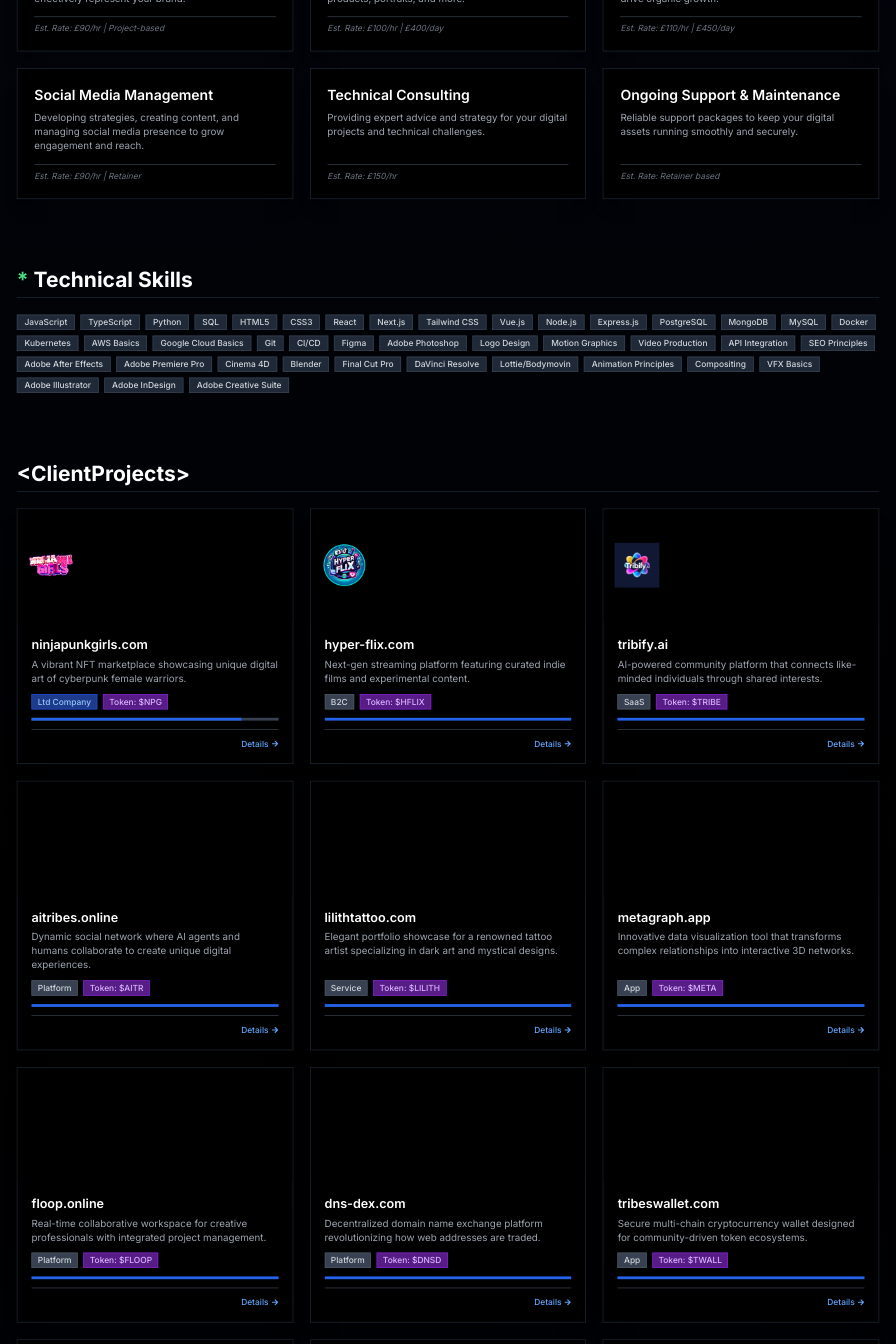
Repository: b0ase/rafskitchen
Page: /
The author's editor kept a copy of each file at every save. The page is drawn from the files as they stood at one save, then again after the next save.
The browser window is 1280 px wide. The pictures show the part of the page from y = 1058 to 2978 px (the page is 4817 px tall), at 70% of full size.
The project was rebuilt for these pictures with package versions that can differ from the ones it lists, and the page was loaded fresh each time. The framework's server and built-in components were replaced by stand-ins that run in the browser. Also part of the build but not shown: next.config.js.

Above is the page before, as saved 2025-05-02 14:44:09.

### app/layout.tsx
import type { Metadata } from "next";
// Import both Inter and Fira_Code
import { Inter, Fira_Code } from "next/font/google";
import "./globals.css";
import Header from "./components/Header";
import Footer from "./components/Footer";
// Import new nav components
import ServicesNavigation from "./components/ServicesNavigation";
// Import ThemeProvider
import { ThemeProvider } from "./context/ThemeContext";

// Configure Inter (for default body text)
const inter = Inter({
  subsets: ["latin"],
  display: 'swap',
  variable: '--font-inter', // Variable for Inter
});

// Configure Fira_Code (for specific elements)
const fira_code = Fira_Code({
  subsets: ["latin"],
  display: 'swap',
  variable: '--font-fira-code', // Variable for Fira Code
});

export const metadata: Metadata = {
  title: "B0ASE.COM | Digital Agency",
  description: "B0ASE.COM - Digital Agency specializing in Web Development, Blockchain, Content, Video, and Social Media.",
};

export default function RootLayout({
  children,
}: {
  children: React.ReactNode;
}) {
  return (
    <html lang="en" suppressHydrationWarning className={`${inter.variable} ${fira_code.variable}`}>
      <head>
        <script
          dangerouslySetInnerHTML={{
            __html: `
              (function() {
                function getInitialTheme() {
                  try {
                    const storedTheme = window.localStorage.getItem('theme');
                    if (storedTheme) return storedTheme;
                    return window.matchMedia('(prefers-color-scheme: dark)').matches ? 'dark' : 'light';
                  } catch (e) {
                    // If localStorage is unavailable (e.g., cookies disabled or SSR)
                    return 'light'; // Default to light theme
                  }
                }
                const theme = getInitialTheme();
                if (theme === 'dark') {
                  document.documentElement.classList.add('dark');
                }
              })();
            `,
          }}
        />
        {/* Other head elements like meta tags will be injected by Next.js here */}
      </head>
      {/* Apply default font (Inter) via font-sans class */}
      <body className={`font-sans`}>
        <ThemeProvider>
          {/* Header and Footer MUST be outside ThemeProvider or siblings to {children} to wrap content */}
          <Header />
          <ServicesNavigation />
          <div className="flex flex-col min-h-screen"> {/* Optional wrapper for main content flex */}
            <main className="flex-grow">
              {children}
            </main>
          </div>
          <Footer />
        </ThemeProvider>
      </body>
    </html>
  );
}

### app/globals.css
@tailwind base;
@tailwind components;
@tailwind utilities;

body {
  /* Base light theme styles */
  @apply bg-white text-gray-900;
}

/* Define dark mode styles using the 'dark' class applied by ThemeContext */
html.dark body {
   @apply bg-gradient-to-b from-gray-950 via-black to-gray-950 text-gray-300;
}

@layer utilities {
  .text-balance {
    text-wrap: balance;
  }
}

### app/components/Footer.tsx
'use client';

import React from 'react';

export default function Footer() {
  const currentYear = new Date().getFullYear();

  return (
    <footer className="bg-gray-950 border-t border-gray-800 mt-16 py-6">
      <div className="container mx-auto px-4 text-center text-gray-500 text-sm">
        <p>&copy; {currentYear} b0ase.com. All rights reserved.</p>
        {/* Optional: Add links to privacy policy, terms, etc. */}
      </div>
    </footer>
  );
}

### app/components/ProjectCardImage.tsx
'use client';

import React from 'react';
import Image from 'next/image';

interface ProjectCardImageProps {
  imageUrls: string[];
  alt: string;
}

const ProjectCardImage: React.FC<ProjectCardImageProps> = ({
  imageUrls,
  alt,
}) => {
  // Handle cases with no images
  if (!imageUrls || imageUrls.length === 0) {
    // Return null or a minimal placeholder, parent div now handles background
    return null;
  }

  // Always use the first image
  const imageUrl = imageUrls[0];

  return (
    <Image
      src={imageUrl}
      alt={alt}
      width={64}
      height={64}
      className="object-contain"
      priority
    />
  );
};

export default ProjectCardImage;

### lib/data.ts
import { Url } from "url";

// Helper function to create project stubs
const createProjectStub = (id: number, title: string, description: string, status?: string, tech?: string[], tokenName?: string, tokenProgressPercent?: number, cardImageUrls?: string[], xUrl?: string, githubUrl?: string, notionUrl?: string) => {
  // Ensure title is treated as a string for slug generation
  const safeTitle = (title || '');
  const slug = safeTitle.toLowerCase().replace(/\s+/g, '-') // Replace spaces with hyphens
                       .replace(/[^a-z0-9\-]/g, '') // Remove invalid chars
                       .replace(/\.+/g, '-'); // Replace periods with hyphens specifically for domain-like titles

  const defaultStatus = status || 'Concept';
  const defaultTech = tech || [];
  const defaultTokenName = tokenName || '';
  const defaultTokenProgress = tokenProgressPercent || 0;
  const defaultCardImageUrls = cardImageUrls || []; // Default to empty array

  return {
    id,
    title,
    slug, // Add generated slug
    description,
    tech: defaultTech,
    githubUrl: githubUrl || `https://github.com/b0ase/${slug}`, // Use slug for default URLs too?
    xUrl: xUrl || `https://x.com/${slug}`,
    notionUrl: notionUrl || '#',
    tokenName: defaultTokenName,
    tokenProgressPercent: defaultTokenProgress,
    status: defaultStatus,
    type: 'domain', // Default type, can be overridden
    cardImageUrls: defaultCardImageUrls // Use the new array field
  };
};

// Define the structure for a Service
export interface Service {
  id: number;
  slug: string;
  title: string;
  description: string;
  detailedDescription: string;
  priceInfo?: string;
}

// Define the structure for a Project
export interface Project {
  id: number;
  title: string;
  slug: string;
  description: string;
  tech: string[];
  githubUrl?: string;
  xUrl?: string;
  notionUrl?: string;
  tokenName?: string;
  tokenProgressPercent?: number;
  status: string;
  type: 'domain' | 'github';
  cardImageUrls?: string[]; // Changed from imageUrl to cardImageUrls
  tokenMarketUrl?: string; // Added for specific projects
  tokenPlatform?: string; // Added for specific projects
}

export interface SkillsData {
    technical: string[];
    // soft?: string[]; // Optional: Add other skill categories if needed
}

export interface PortfolioData {
    about: {
        name: string;
        tagline: string;
        bio: string;
        socials: {
            github: string;
            linkedin: string;
            x: string;
            youtube: string;
            fiverr: string;
            upwork: string;
            freelancer: string;
        };
        token: {
            name: string;
            ticker: string;
            description: string;
            platform: string;
            marketLink: string;
        };
    };
    projects: Project[];
    skills: SkillsData;
    services: Service[];
    contact: { email: string; };
}

// Main data object
export const portfolioData: PortfolioData = {
  about: {
    name: 'B0ASE',
    tagline: 'A dynamic digital agency, transforming concepts into digital experiences.',
    bio: "We deliver client solutions in web development, blockchain, content, video, and social media, while also incubating our own projects. Explore our services, view our work, and contact us to build your next venture.",
    socials: {
      github: 'https://github.com/b0ase',
      linkedin: 'https://www.linkedin.com/in/richardboase/',
      x: 'https://x.com/b0ase',
      youtube: 'https://www.youtube.com/@richardboase',
      fiverr: 'https://www.fiverr.com/your_username',
      upwork: 'https://www.upwork.com/freelancers/your_profile',
      freelancer: 'https://www.freelancer.com/u/your_username'
    },
    token: {
      name: '$BOASE',
      ticker: 'BSV21',
      description: 'Native token of the B0ASE ecosystem.',
      platform: 'BSV21',
      marketLink: 'https://1sat.market/market/bsv21/c3bf2d7a4519ddc633bc91bbfd1022db1a77da71e16bb582b0acc0d8f7836161_1'
    }
  },
  projects: [
    // Domain Projects
    { ...createProjectStub(7, 'ninjapunkgirls.com', 'A vibrant NFT marketplace showcasing unique digital art of cyberpunk female warriors.', 'Ltd Company', [], '$NPG', 85, [
      '/images/clientprojects/ninjapunkgirls/slug/NPG%20logo.png'
    ]), type: 'domain' as const },
    { ...createProjectStub(8, 'hyper-flix.com', 'Next-gen streaming platform featuring curated indie films and experimental content.', 'B2C', [], '$HFLIX', 100, ['/images/clientprojects/hyper-flix/slug/HYPERFLIXLOGO%20(1).png']), type: 'domain' as const },
    { ...createProjectStub(9, 'tribify.ai', 'AI-powered community platform that connects like-minded individuals through shared interests.', 'SaaS', [], '$TRIBE', 100, ['/images/clientprojects/tribify/slug/TribifyAILogo.JPG']), type: 'domain' as const },
    { ...createProjectStub(10, 'aitribes.online', 'Dynamic social network where AI agents and humans collaborate to create unique digital experiences.', 'Platform', [], '$AITR', 100, []), type: 'domain' as const },
    { ...createProjectStub(11, 'lilithtattoo.com', 'Elegant portfolio showcase for a renowned tattoo artist specializing in dark art and mystical designs.', 'Service', [], '$LILITH', 100, []), type: 'domain' as const },
    { ...createProjectStub(12, 'metagraph.app', 'Innovative data visualization tool that transforms complex relationships into interactive 3D networks.', 'App', [], '$META', 100, []), type: 'domain' as const },
    { ...createProjectStub(13, 'floop.online', 'Real-time collaborative workspace for creative professionals with integrated project management.', 'Platform', [], '$FLOOP', 100, []), type: 'domain' as const },
    { ...createProjectStub(14, 'dns-dex.com', 'Decentralized domain name exchange platform revolutionizing how web addresses are traded.', 'Platform', [], '$DNSD', 100, []), type: 'domain' as const },
    { ...createProjectStub(15, 'tribeswallet.com', 'Secure multi-chain cryptocurrency wallet designed for community-driven token ecosystems.', 'App', [], '$TWALL', 100, []), type: 'domain' as const },
    { ...createProjectStub(16, 'pennypics.store', 'Micro-payment based image marketplace where photographers earn per view.', 'E-commerce', [], '$PICS', 100, []), type: 'domain' as const },
    { ...createProjectStub(17, 'missvoid.store', 'Avant-garde fashion boutique featuring cyberpunk and dystopian-inspired clothing.', 'E-commerce', [], '$VOID', 100, []), type: 'domain' as const },
    { ...createProjectStub(18, 'interiordesigns.website', 'Virtual interior design consultation platform with AI-powered room visualization.', 'Service', [], '$NTR', 100, []), type: 'domain' as const },

    // GitHub Repos
    {
      id: 1,
      title: 'AIOSX',
      slug: 'aiosx', // Manually add slug
      description: 'Fork of AIOS: LLM Agent Operating System. Exploring potential applications.',
      tech: ['Python'],
      githubUrl: 'https://github.com/b0ase/AIOSX',
      xUrl: '#',
      notionUrl: '#',
      status: 'Exploration',
      type: 'github' as const,
      tokenName: '$AIOSX',
      tokenProgressPercent: 100,
      cardImageUrls: [] // Initialize for GitHub repos
    },
    {
      id: 2,
      title: 'bitcoin (Fork)',
      slug: 'bitcoin-fork', // Manually add slug
      description: 'Fork of Bitcoin Core integration/staging tree. For study and potential integration.',
      tech: ['TypeScript'],
      githubUrl: 'https://github.com/b0ase/bitcoin',
      xUrl: '#',
      notionUrl: '#',
      status: 'Study',
      type: 'github' as const,
      tokenName: '$BTC_FORK',
      tokenProgressPercent: 100,
      cardImageUrls: []
    },
    {
      id: 3,
      title: 'npgpublic',
      slug: 'npgpublic', // Manually add slug
      description: 'Public Go project. Purpose and potential to be defined.',
      tech: ['Go'],
      githubUrl: 'https://github.com/b0ase/npgpublic',
      xUrl: '#',
      notionUrl: '#',
      status: 'Concept',
      type: 'github' as const,
      tokenName: '$NPG_DEV',
      tokenProgressPercent: 100,
      cardImageUrls: []
    },
    {
      id: 4,
      title: 'Penshun',
      slug: 'penshun', // Manually add slug
      description: 'Fork of simply-stream: Lock to Stream Bitcoin. Investigating streaming payment models.',
      tech: ['JavaScript'],
      githubUrl: 'https://github.com/b0ase/Penshun',
      xUrl: '#',
      notionUrl: '#',
      status: 'Investigation',
      type: 'github' as const,
      tokenName: '$PENSHUN',
      tokenProgressPercent: 100,
      cardImageUrls: []
    },
    {
      id: 5,
      title: 'Weight',
      slug: 'weight', // Manually add slug
      description: 'Fork of hodlocker: Lock Bitcoins to Social Posts. Experimenting with social/economic weighting.',
      tech: ['TypeScript'],
      githubUrl: 'https://github.com/b0ase/Weight',
      xUrl: '#',
      notionUrl: '#',
      status: 'Experiment',
      type: 'github' as const,
      tokenName: '$WEIGHT',
      tokenProgressPercent: 100,
      cardImageUrls: []
    },
    {
      id: 6,
      title: 'Yours-HandCash-Login',
      slug: 'yours-handcash-login', // Manually add slug
      description: 'Fork of Yours Wallet: Yours/HandCash Integration exploration.',
      tech: ['JavaScript'],
      githubUrl: 'https://github.com/b0ase/Yours-HandCash-Login',
      xUrl: '#',
      notionUrl: '#',
      status: 'Archived/Study',
      type: 'github' as const,
      tokenName: '$YHC',
      tokenProgressPercent: 100,
      cardImageUrls: []
    },
    {
      id: 19,
      title: 'Index Token',
      slug: 'index-token', // Manually add slug
      description: 'Concept and development for an index-based token system.',
      tech: ['Solidity', 'TypeScript'],
      githubUrl: 'https://github.com/b0ase/index-token',
      xUrl: '#',
      notionUrl: '#',
      status: 'Development',
      type: 'github' as const,
      tokenName: '$INDEX',
      tokenProgressPercent: 100,
      cardImageUrls: ['/images/development/index-token/index-token-bg.jpg']
    },
  ],
  skills: {
    technical: [
      'JavaScript', 'TypeScript', 'Python', 'SQL', 'HTML5', 'CSS3',
      'React', 'Next.js', 'Tailwind CSS', 'Vue.js',
      'Node.js', 'Express.js', 'PostgreSQL', 'MongoDB', 'MySQL',
      'Docker', 'Kubernetes', 'AWS Basics', 'Google Cloud Basics', 'Git', 'CI/CD',
      'Figma', 'Adobe Photoshop', 'Logo Design', 'Motion Graphics', 'Video Production', 'API Integration', 'SEO Principles',
      'Adobe After Effects', 'Adobe Premiere Pro', 'Cinema 4D', 'Blender',
      'Final Cut Pro', 'DaVinci Resolve', 'Lottie/Bodymovin', 'Animation Principles',
      'Compositing', 'VFX Basics', 'Adobe Illustrator', 'Adobe InDesign', 'Adobe Creative Suite'
    ],
    // soft: ["Communication", "Problem Solving"] // Add soft skills here if desired
  },
  services: [
    {
      id: 1,
      slug: "web-development",
      title: "Web Development",
      description: "Building responsive, performant websites & applications using modern tech, including Web3, crypto & blockchain integrations.",
      detailedDescription: "Our web development process focuses on creating high-performance, scalable, and visually appealing digital experiences. We leverage modern frameworks like Next.js and React, combined with best practices in SEO, accessibility, and user experience. From simple landing pages to complex web applications and e-commerce platforms, we tailor solutions to meet specific business goals.",
      priceInfo: "Est. Rate: £120/hr | £480/day. UK VAT added where applicable. Fixed-price projects negotiable."
    },
    {
      id: 2,
      slug: "content-copywriting",
      title: "Content & Copywriting",
      description: "Crafting compelling narratives, articles, and website copy tailored to your audience.",
      detailedDescription: "We create engaging and SEO-optimized content that resonates with your target audience. Our services include blog posts, articles, website copy, social media content, email marketing campaigns, and more. We focus on clear communication and storytelling to enhance your brand voice.",
      priceInfo: "Est. Rate: £100/article | £400/day"
    },
    {
      id: 3,
      slug: "video-production",
      title: "Video Production",
      description: "From concept and shooting to editing and final delivery for promotional or creative needs.",
      detailedDescription: "Full-service video production covering concept development, storyboarding, filming, editing, color grading, motion graphics, and final delivery. We produce promotional videos, documentaries, interviews, social media clips, and more, using professional equipment and techniques.",
      priceInfo: "Est. Rate: £110/hr | £450/day"
    },
    {
      id: 4,
      slug: "logo-branding",
      title: "Logo Design & Branding",
      description: "Crafting unique logos and visual identities that effectively represent your brand.",
      detailedDescription: "We develop strong visual identities, starting with logo design and extending to brand guidelines, color palettes, typography, and marketing collateral design. Our goal is to create a cohesive and memorable brand image that aligns with your values.",
      priceInfo: "Est. Rate: £90/hr | Project-based"
    },
    {
      id: 5,
      slug: "photography",
      title: "Photography",
      description: "High-quality photography solutions for events, products, portraits, and more.",
      detailedDescription: "Professional photography services including event coverage, product photography, corporate headshots, lifestyle portraits, and architectural photography. We provide high-resolution images, expertly edited to meet your specific requirements.",
      priceInfo: "Est. Rate: £100/hr | £400/day"
    },
    {
      id: 6,
      slug: "seo-marketing",
      title: "SEO & Digital Marketing",
      description: "Optimizing online presence and content strategy to drive organic growth.",
      detailedDescription: "Comprehensive SEO services including keyword research, on-page optimization, technical SEO audits, link building, and content strategy development. We also offer broader digital marketing support, including PPC campaign management and analytics reporting.",
      priceInfo: "Est. Rate: £110/hr | £450/day"
    },
    {
      id: 7,
      slug: "social-media-management",
      title: "Social Media Management",
      description: "Developing strategies, creating content, and managing social media presence to grow engagement and reach.",
      detailedDescription: "Strategic social media management across various platforms. We handle content creation, scheduling, community engagement, performance tracking, and paid social advertising campaigns to build brand awareness and drive results.",
      priceInfo: "Est. Rate: £90/hr | Retainer"
    },
    {
      id: 8,
      slug: "technical-consulting",
      title: "Technical Consulting",
      description: "Providing expert advice and strategy for your digital projects and technical challenges.",
      detailedDescription: "Leverage our technical expertise for strategic decision-making. We offer consulting on technology stack selection, software architecture design, project planning, feasibility studies, and technical team guidance.",
      priceInfo: "Est. Rate: £150/hr"
    },
    {
      id: 9,
      slug: "support-maintenance",
      title: "Ongoing Support & Maintenance",
      description: "Reliable support packages to keep your digital assets running smoothly and securely.",
      detailedDescription: "Customizable support and maintenance plans to ensure your websites and applications remain secure, up-to-date, and performant. Services include regular updates, security monitoring, backups, performance checks, and troubleshooting.",
      priceInfo: "Est. Rate: Retainer based"
    }
  ],
  contact: {
    email: "richardwboase@gmail.com"
  }
};

### app/components/ThemeToggle.tsx
'use client';

import React from 'react';
import { useTheme } from '../context/ThemeContext';
import { FaSun, FaMoon } from 'react-icons/fa';

export default function ThemeToggle() {
  const { theme, toggleTheme, isMounted } = useTheme();

  // Avoid rendering toggle based on initial state before mount
  if (!isMounted) {
    // Render a placeholder or null during server render/hydration
    // to avoid mismatch between server and client initial theme
    return <div className="w-6 h-6"></div>; // Placeholder with same size as button
  }

  return (
    <button
      onClick={toggleTheme}
      className="p-1 rounded-md text-gray-400 hover:text-white hover:bg-gray-700 transition-colors duration-200 focus:outline-none focus:ring-2 focus:ring-offset-2 focus:ring-offset-gray-900 focus:ring-white"
      aria-label={theme === 'light' ? 'Switch to dark mode' : 'Switch to light mode'}
    >
      {theme === 'light' ? <FaMoon size={18} /> : <FaSun size={18} />}
    </button>
  );
}

Loaded but not shown: tailwind.config.js (25 lines, source omitted); app/page.tsx (247 lines, source omitted); app/components/Header.tsx (127 lines, source omitted); app/components/ProjectCardLoginOverlay.tsx (134 lines, source omitted); app/components/CharacterCycle.tsx (84 lines, source omitted); app/components/ServicesNavigation.tsx (71 lines, source omitted); app/context/ThemeContext.tsx (77 lines, source omitted)

After the next save:
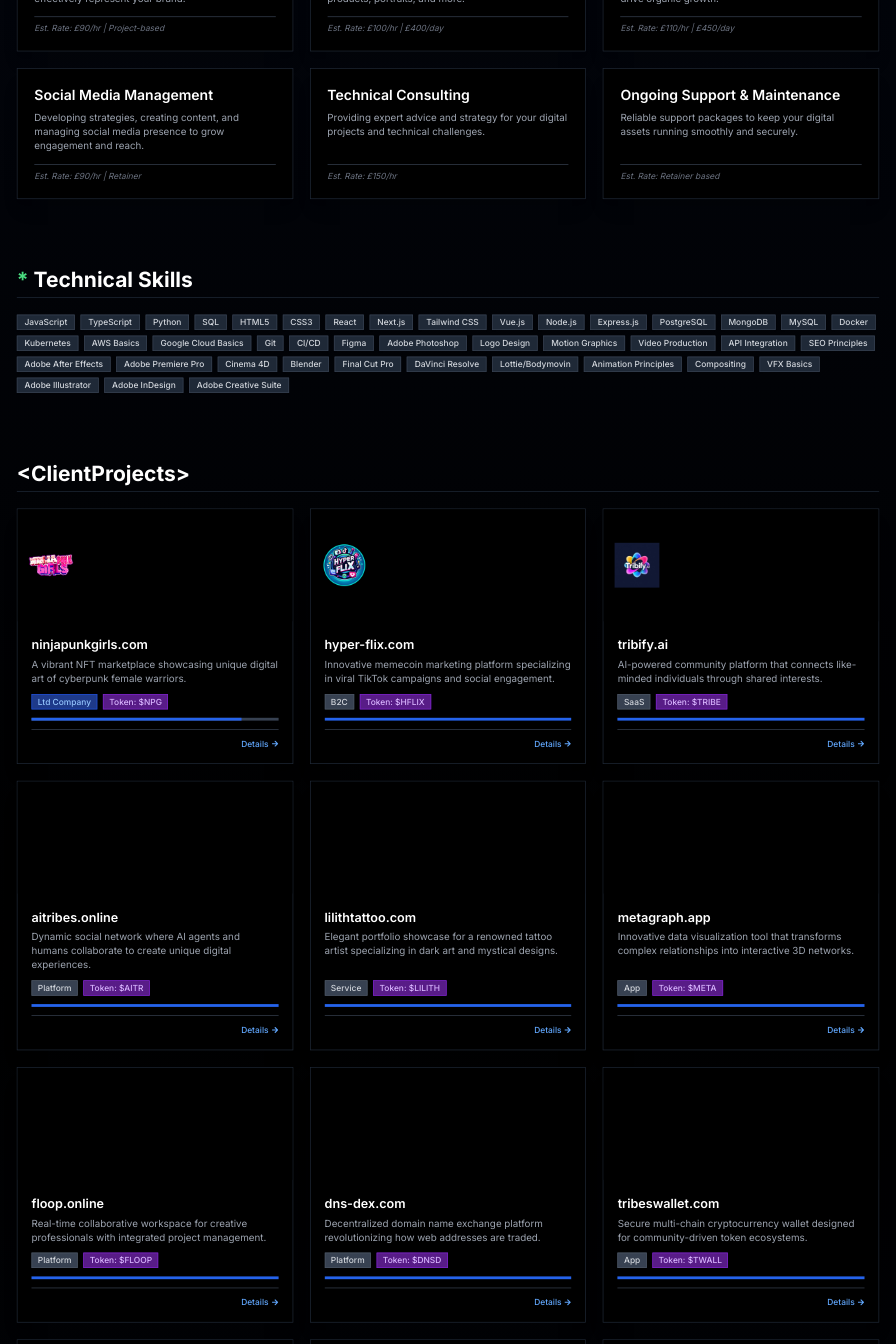
Saved 81 s later.
--- a/lib/data.ts
+++ b/lib/data.ts
@@ -121,7 +121,7 @@
     { ...createProjectStub(7, 'ninjapunkgirls.com', 'A vibrant NFT marketplace showcasing unique digital art of cyberpunk female warriors.', 'Ltd Company', [], '$NPG', 85, [
       '/images/clientprojects/ninjapunkgirls/slug/NPG%20logo.png'
     ]), type: 'domain' as const },
-    { ...createProjectStub(8, 'hyper-flix.com', 'Next-gen streaming platform featuring curated indie films and experimental content.', 'B2C', [], '$HFLIX', 100, ['/images/clientprojects/hyper-flix/slug/HYPERFLIXLOGO%20(1).png']), type: 'domain' as const },
+    { ...createProjectStub(8, 'hyper-flix.com', 'Innovative memecoin marketing platform specializing in viral TikTok campaigns and social engagement.', 'B2C', ['TikTok', 'Social Media', 'Crypto'], '$HFLIX', 100, ['/images/clientprojects/hyper-flix/slug/HYPERFLIXLOGO%20(1).png']), type: 'domain' as const },
     { ...createProjectStub(9, 'tribify.ai', 'AI-powered community platform that connects like-minded individuals through shared interests.', 'SaaS', [], '$TRIBE', 100, ['/images/clientprojects/tribify/slug/TribifyAILogo.JPG']), type: 'domain' as const },
     { ...createProjectStub(10, 'aitribes.online', 'Dynamic social network where AI agents and humans collaborate to create unique digital experiences.', 'Platform', [], '$AITR', 100, []), type: 'domain' as const },
     { ...createProjectStub(11, 'lilithtattoo.com', 'Elegant portfolio showcase for a renowned tattoo artist specializing in dark art and mystical designs.', 'Service', [], '$LILITH', 100, []), type: 'domain' as const },
